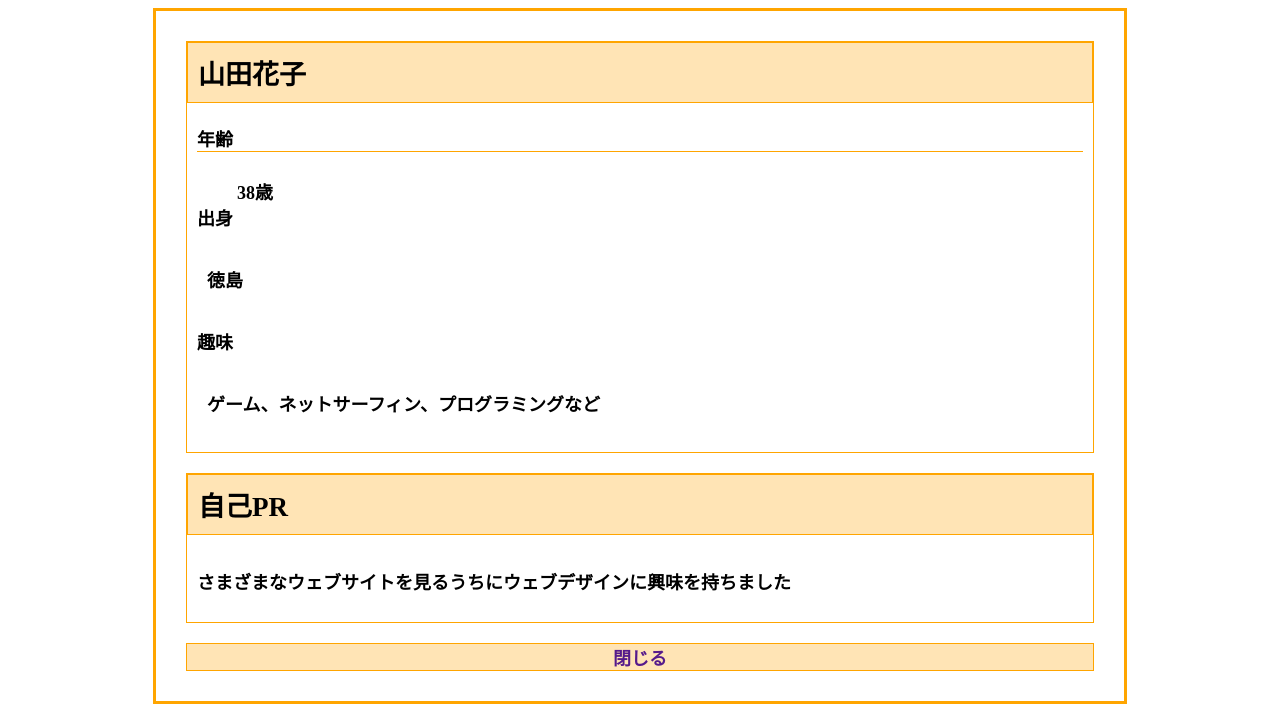
Repository: tomimaler/dc_work_tamachi_inagaki_html
Page: practice_box/practice_box.html
The author's editor kept a record of every edit. The page is drawn from the files as they stood at one moment, then again after the next edit.
The browser window is 1280 px wide. The pictures show the whole page.

Above is the page before.

### practice_box/practice_box.html
<!DOCTYPE html>
<html lang="ja">
<head>
   <meta charset="UTF-8">
   <title>4章実習</title>
   <link rel="stylesheet" href="practice_box.css">
</head>
<body>
   <div class="container">
    <div class="status">
     <h2>山田花子</h2>
     <dl>
         <dt>年齢</dt>
         　   <dd>38歳</dd
         <li class="content">出身
             <dl>
         　    <li>徳島</li>
         　</dl>
         </li>

         <li class="content">趣味
             <dl>
         　    <li>ゲーム、ネットサーフィン、プログラミングなど</li>
         　</dl>
         </li>
     </dl>
    </div>
    <div class="promotion">
        <h2>自己PR</h2>
        <p>さまざまなウェブサイトを見るうちにウェブデザインに興味を持ちました</p>
    </div>
    <a href="">閉じる</a>
   </div>
</body>
</html>

### practice_box/practice_box.css
.container {
    width:75%;
    border:solid 3px orange;
    margin:0 auto;
    padding:10px;
   font-size:18px;
   font-weight:bolder;
}

.status {
    border:solid 1px orange;
    margin:20px;
}

.promotion {
    border:solid 1px orange;
    margin:20px;
}

dt {
    border-bottom:solid 1px orange;
    padding-bottom:0;
    margin-bottom:0;
}

h2 {
    border:solid 1px orange;
    background-color:Moccasin;
    text-align:left;
    margin-top:0;
    padding:10px;
}

dl {
    list-style:none;
    margin:10px;
}

dd {
    padding-top:0;
    margin-top:0
}

p {
    padding:10px;
}

a {
    text-align:center;
    text-decoration:none;
    font-weight:bold;
    display:block;
    background-color:Moccasin;
    border:solid 1px orange;
    margin:20px;
}

After the next edit:
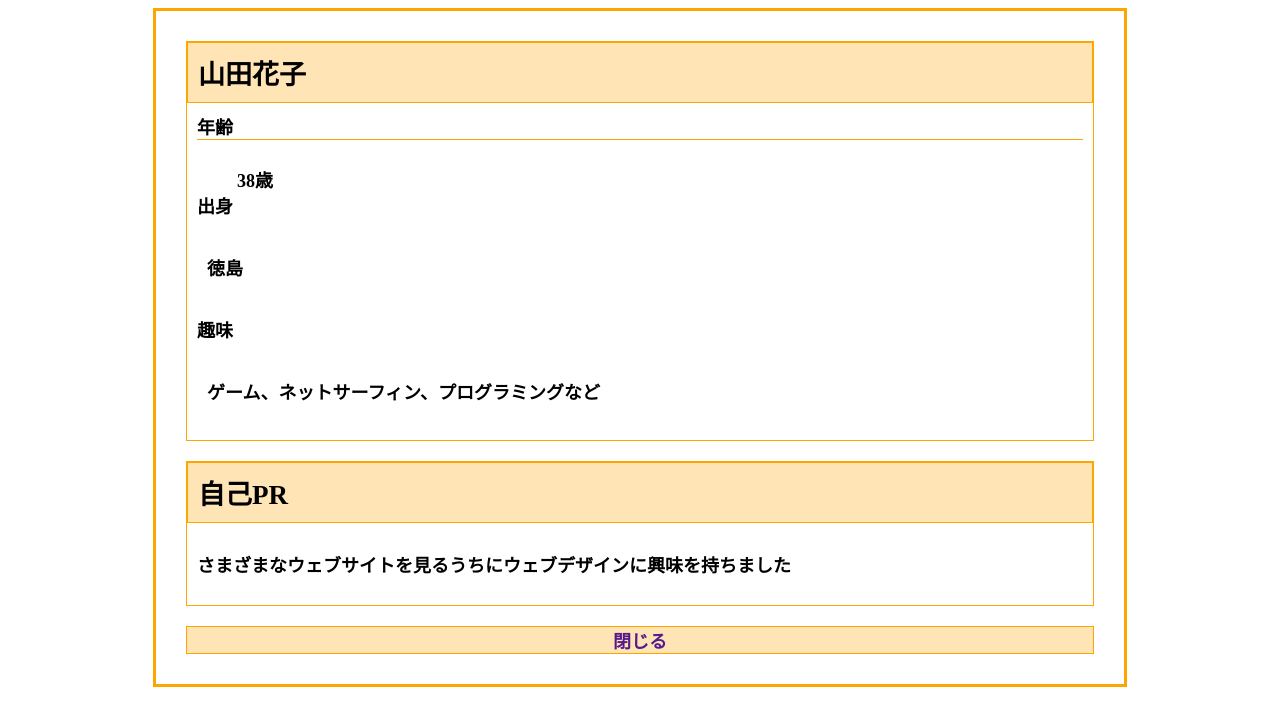
The edit:
--- a/practice_box/practice_box.css
+++ b/practice_box/practice_box.css
@@ -27,7 +27,7 @@
     border:solid 1px orange;
     background-color:Moccasin;
     text-align:left;
-    margin-top:0;
+    margin:0;
     padding:10px;
 }
 
